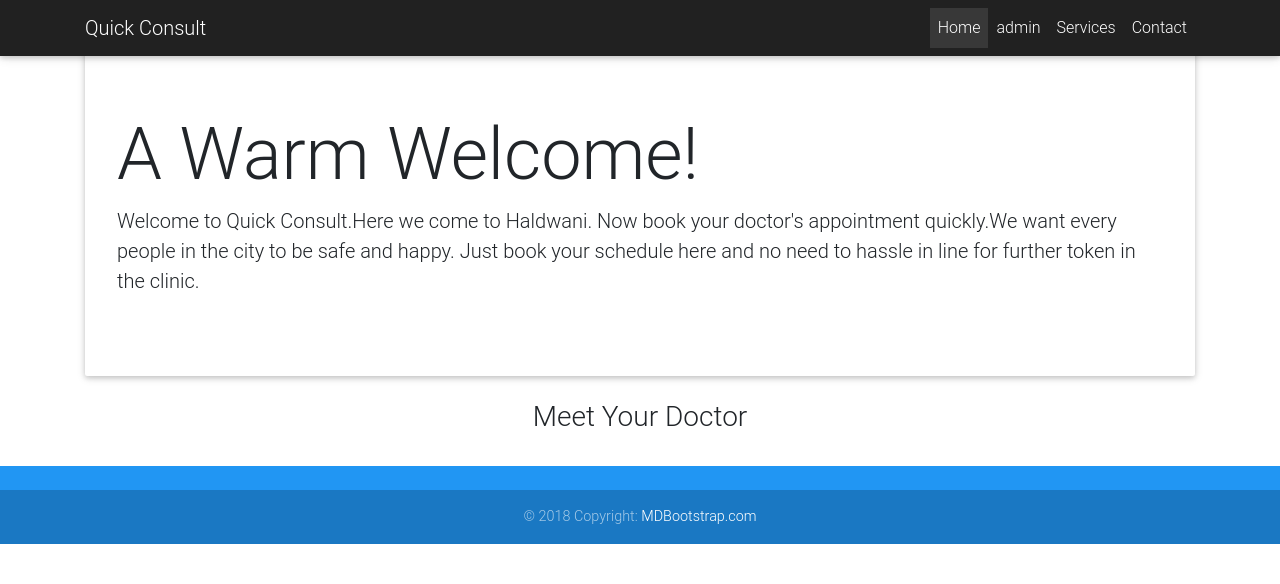
Repository: yogz-joshi/quick_consult
Page: http://localhost/
The author's editor kept a record of every edit. The page is drawn from the files as they stood at one moment, then again after the next edit.
The browser window is 1280 px wide. The pictures show the whole page.
Some web libraries are served in a nearby version. The page is served by the project's Node server (work/v2/app.js). Queries for data that is not in the repository find no rows.

Above is the page before.

After the next edit:
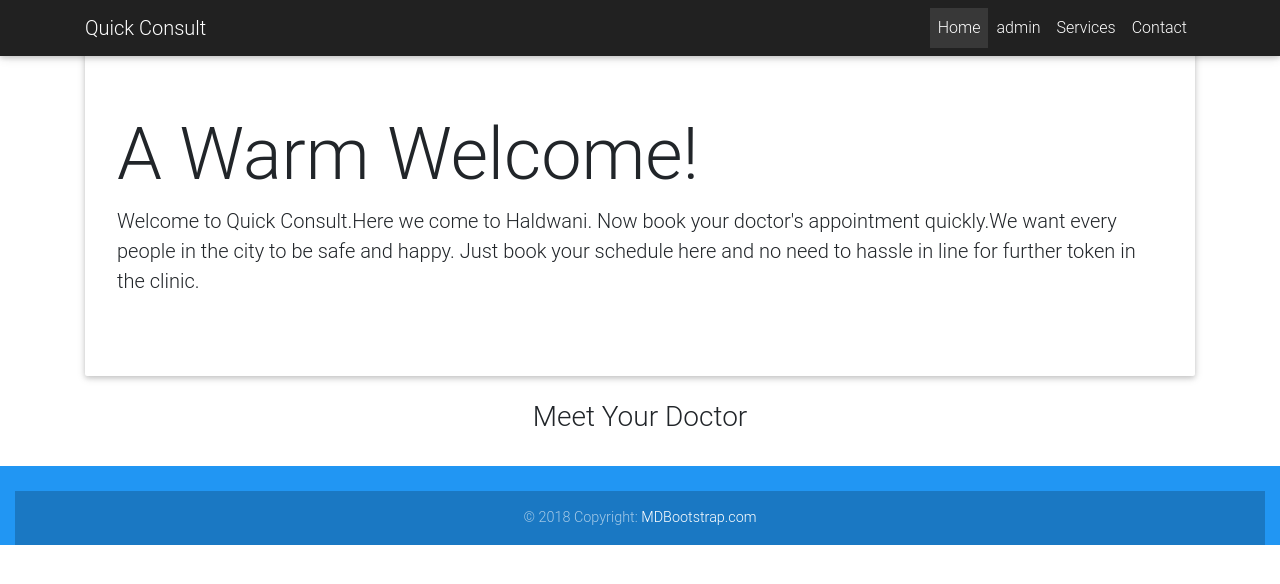
The edit:
--- a/work/v2/views/partials/footer.ejs
+++ b/work/v2/views/partials/footer.ejs
@@ -6,7 +6,7 @@
         <div class="row">
 
             <!--First column-->
-            <!--<div class="col-md-6">-->
+            <div class="col-md-6">
             <!--    <h5 class="text-uppercase">Footer Content</h5>-->
             <!--    <p>Here you can use rows and columns here to organize your footer content.</p>-->
             <!--</div>-->
